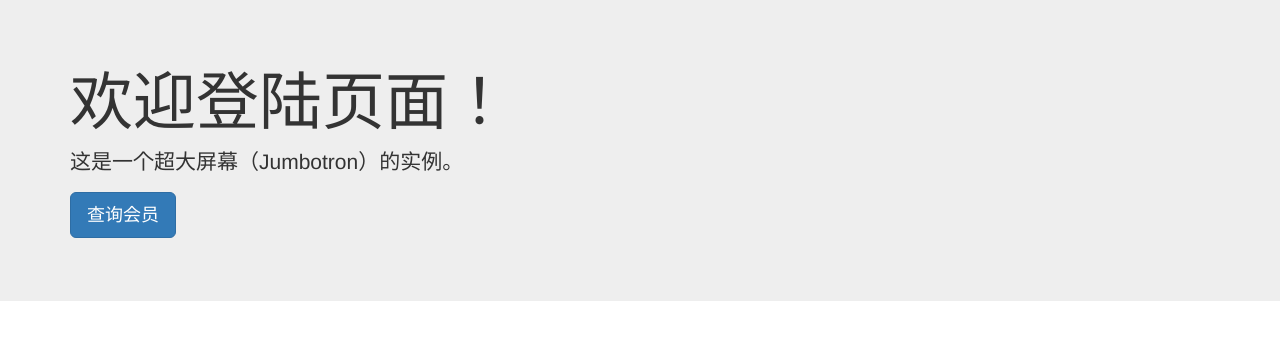
Repository: HelloChuang/HelloChuang-EclipseWorkSpace
Page: http://localhost/RetestServlet2/
The author's editor kept a copy of each file at every save. The page is drawn from the files as they stood at one save, then again after the next save.
The browser window is 1280 px wide. The pictures show the whole page.
The page is served by Tomcat 9.

Above is the page before, as saved 2018-10-31 03:02:02.

After the next save:
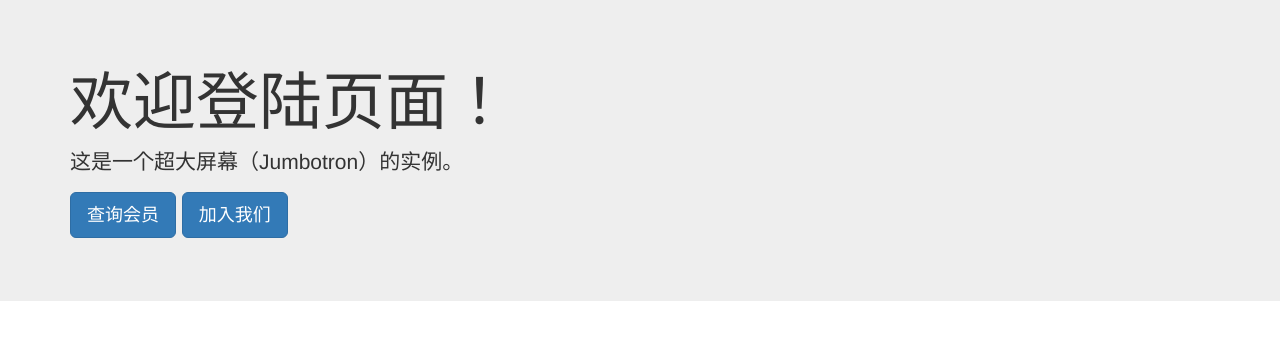
Saved 15 s later.
--- a/EclipseWorkSpace/RetestServlet2/WebContent/index.jsp
+++ b/EclipseWorkSpace/RetestServlet2/WebContent/index.jsp
@@ -16,6 +16,8 @@
         <p>这是一个超大屏幕（Jumbotron）的实例。</p>
         <p><a class="btn btn-primary btn-lg" role="button" href="FindUserByPageList?pageIndex=1">
          查询会员</a>
+         <a class="btn btn-primary btn-lg" role="button" href="FindUserByPageList?pageIndex=1">
+         加入我们</a>
         </p>
     </div>
 </div>
